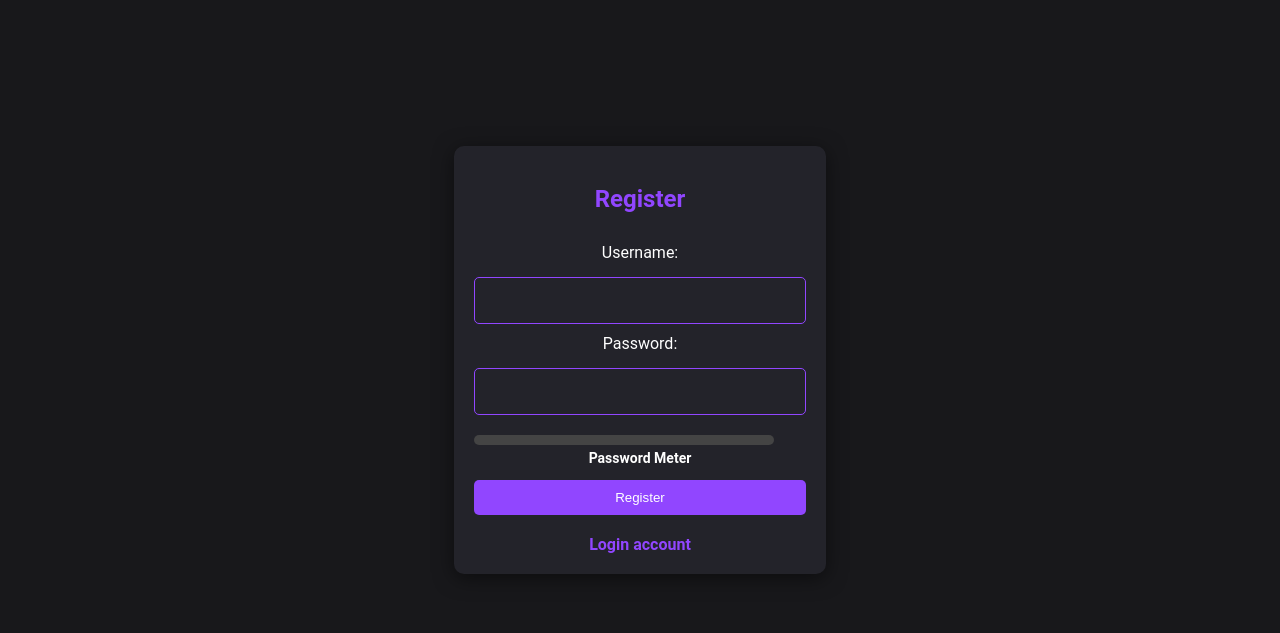
Repository: wolvicjohn/argon2
Page: http://localhost/register.php
These files come from the project's save history. The page is drawn as it stood at one moment and after the next save; the edit follows.
The browser window is 1280 px wide. The pictures show the whole page.
The page is run by PHP 8.4 with error messages shown; the project is at /var/www/html/.

Above is the page before, as saved 2024-10-18 02:24:11.

After the next save:
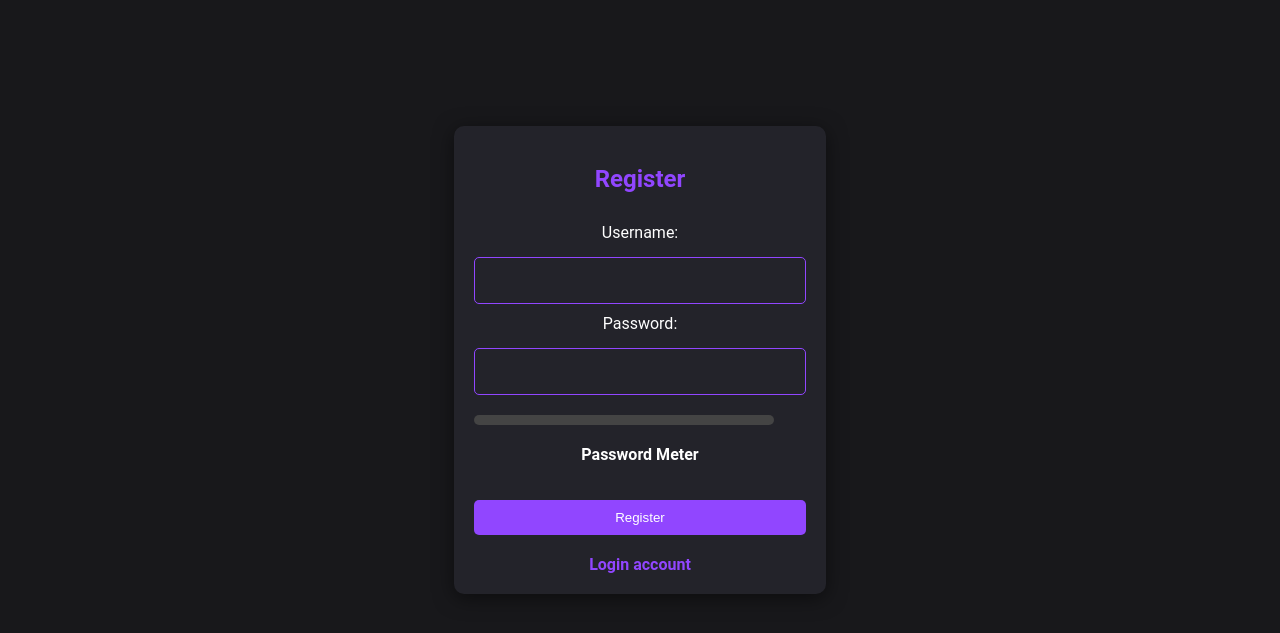
Saved 67 s later.
--- a/styles.css
+++ b/styles.css
@@ -107,3 +107,25 @@ a {
 a:hover {
     color: #7e3af2; /* Darker purple on hover */
 }
+
+.message {
+    margin-top: 10px;
+    font-size: 16px; /* Increased font size for visibility */
+    font-weight: bold;
+    text-align: center; /* Centered text */
+    padding: 10px; /* Padding for better spacing */
+    border-radius: 5px; /* Rounded corners */
+    display: inline-block; /* Makes width fit content */
+}
+
+/* Success message styles */
+.message.success {
+    color: #4CAF50; /* Green for success */
+    background-color: rgba(76, 175, 80, 0.1); /* Light green background */
+}
+
+/* Error message styles */
+.message.error {
+    color: #f44336; /* Red for error */
+    background-color: rgba(244, 67, 54, 0.1); /* Light red background */
+}
